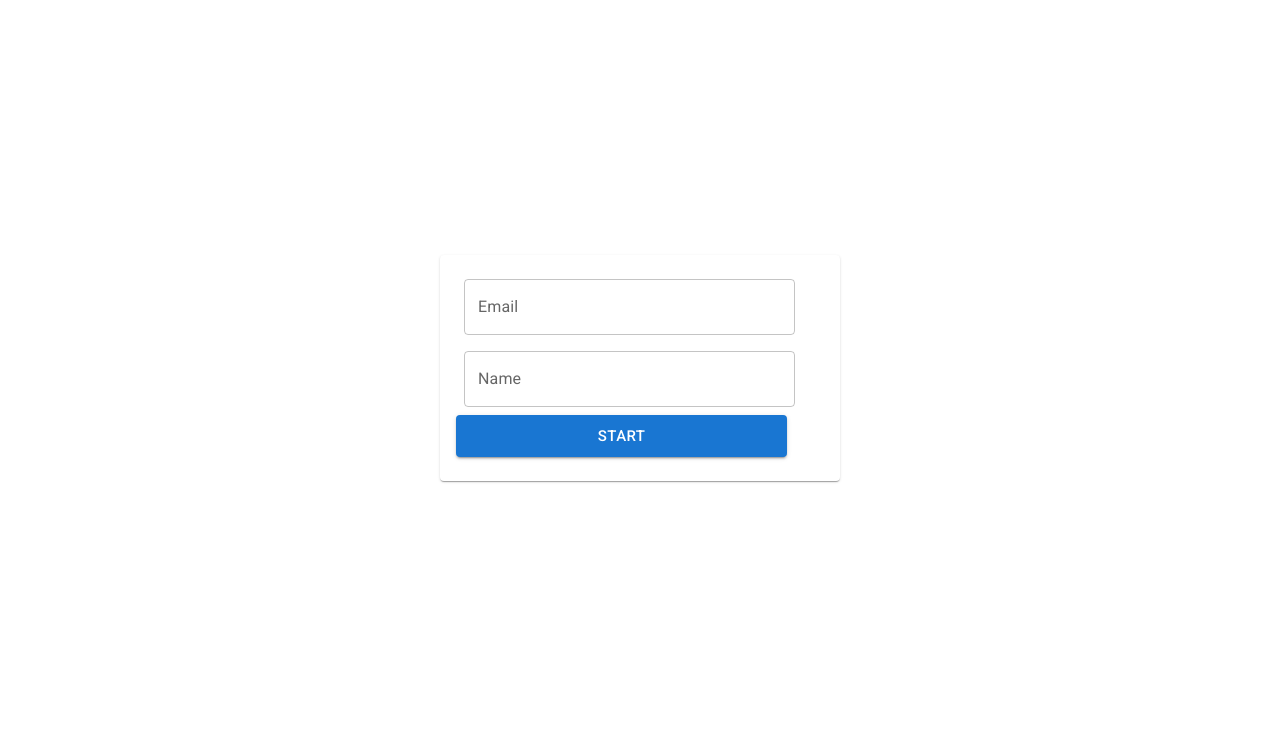
Repository: shikubro90/Quiz-App-React
Page: /
The author's editor kept a copy of each file at every save. The page is drawn from the files as they stood at one save, then again after a run of saves.
The browser window is 1280 px wide. The pictures show the whole page.
The project was rebuilt for these pictures with package versions that can differ from the ones it lists, and the page was loaded fresh each time. Also part of the build but not shown: src/index.css, src/App.css.

Above is the page before, as saved 2022-06-25 02:05:06.

After the next 5 saves:
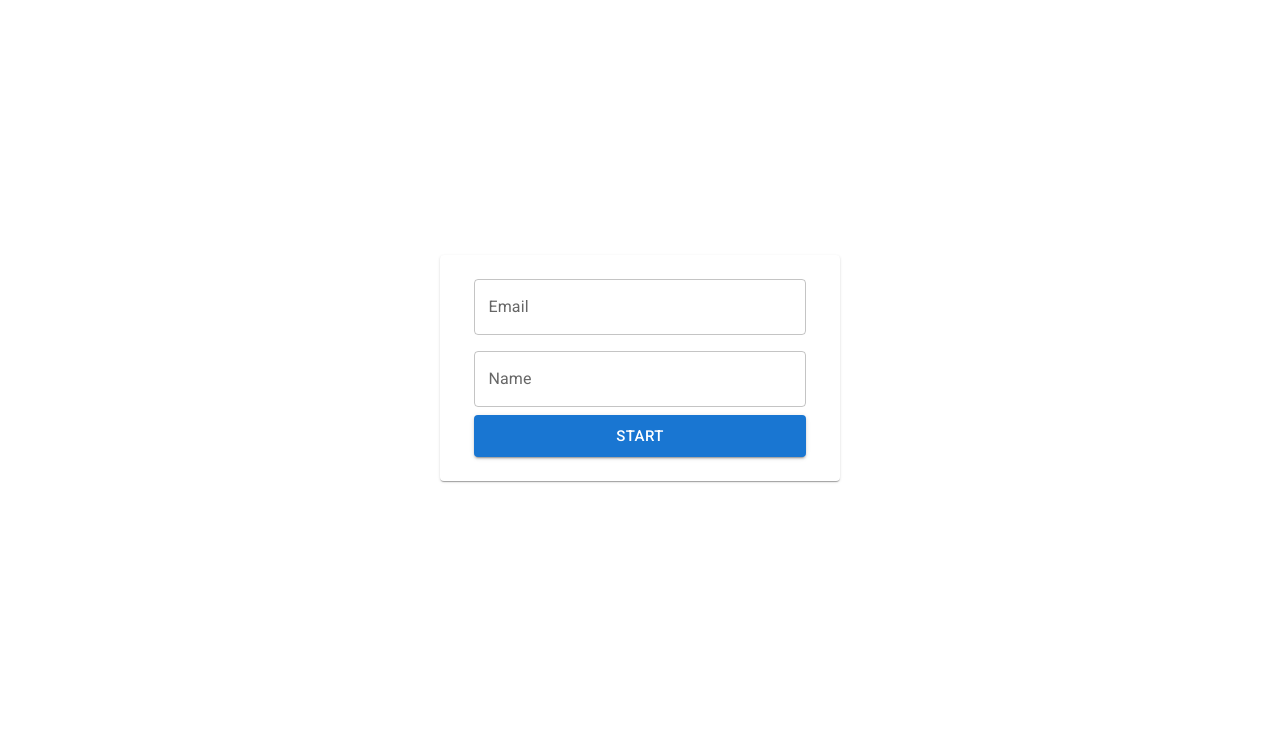
The 5 saves are shown as one change because they came seconds apart.
The last was saved 14 s later.
--- a/src/components/Login.jsx
+++ b/src/components/Login.jsx
@@ -8,7 +8,9 @@
         <Center>
             <Card
             sx={{width: "400px"}}>
-                <CardContent>
+                <CardContent
+                    sx={{textAlign: 'center'}}
+                >
                     <Box sx={{
                         '& .MuiTextField-root' : {
                             m:1,

After the save that followed:
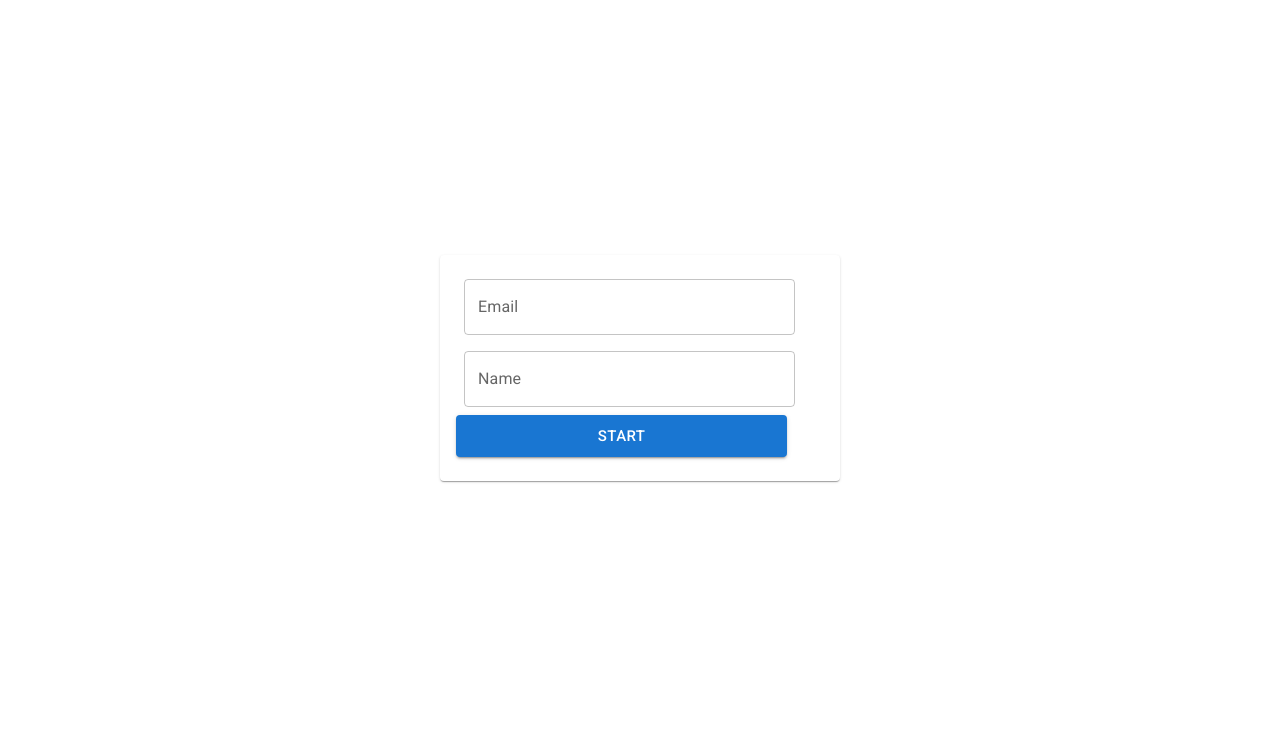
Saved 20 s later.
--- a/src/components/Login.jsx
+++ b/src/components/Login.jsx
@@ -9,7 +9,7 @@
             <Card
             sx={{width: "400px"}}>
                 <CardContent
-                    sx={{textAlign: 'center'}}
+
                 >
                     <Box sx={{
                         '& .MuiTextField-root' : {
